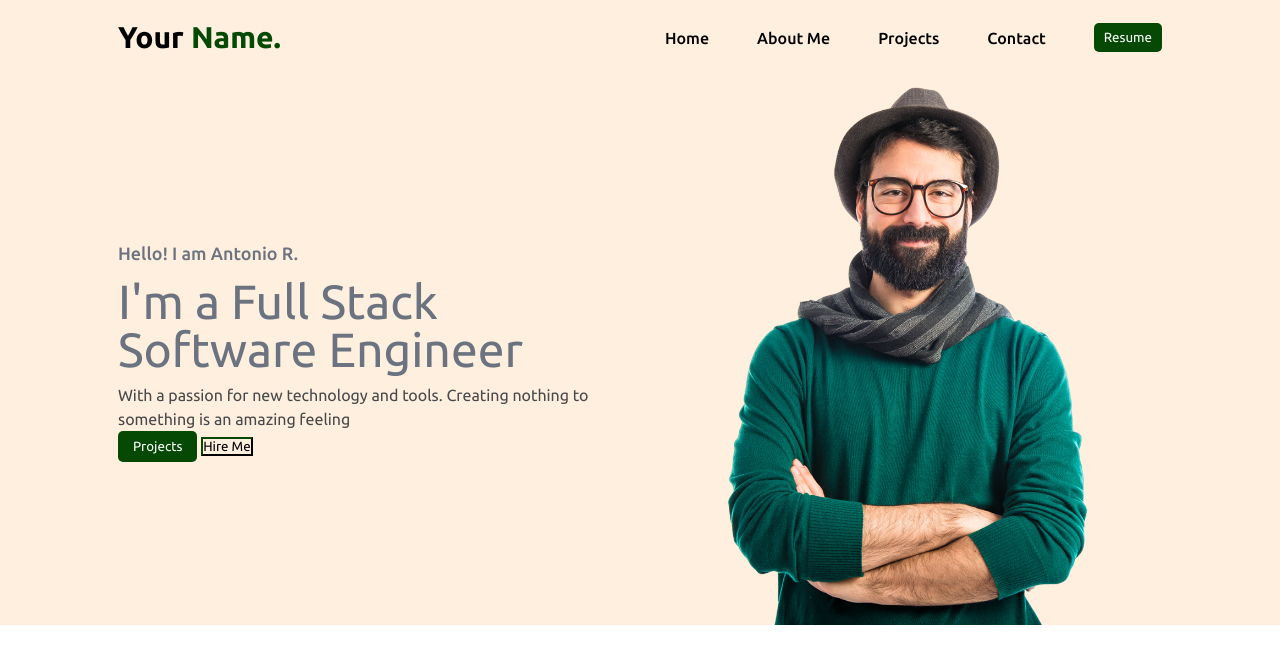
Repository: DevAntonioRogers/vanilla-portfolio
Page: index.html
The author's editor kept a copy of each file at every save. The page is drawn from the files as they stood at one save, then again after the next save.
The browser window is 1280 px wide. The pictures show the whole page.

Above is the page before, as saved 2023-07-14 22:21:08.

After the next save:
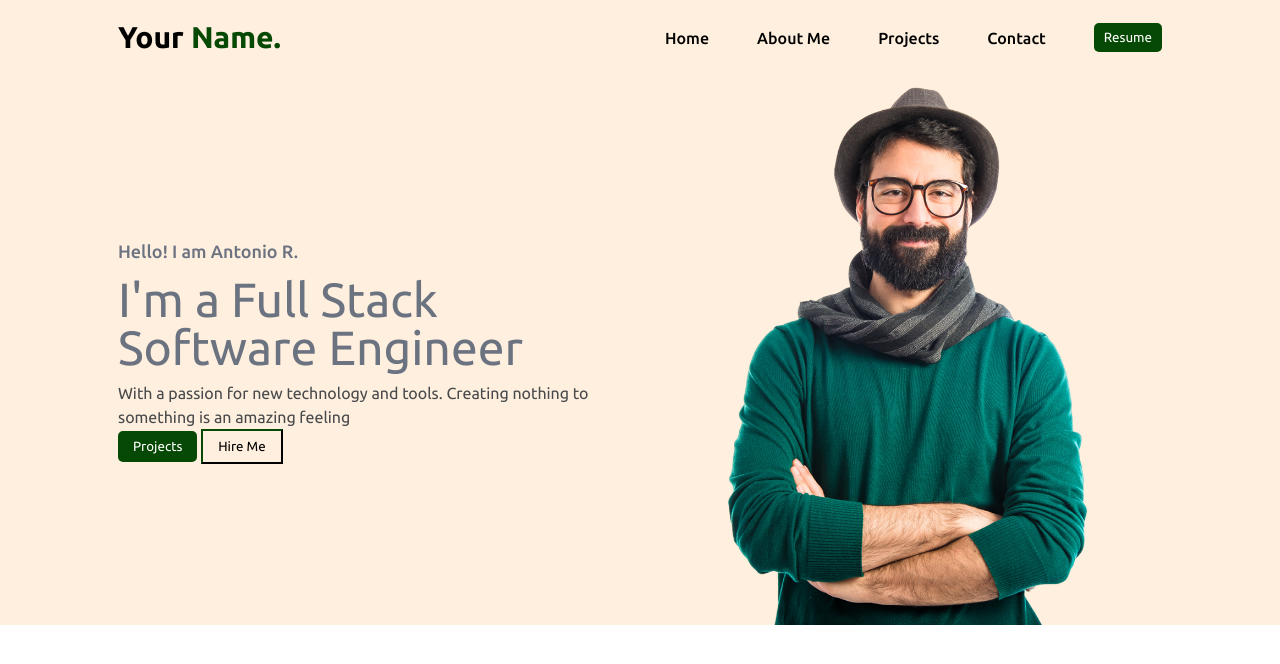
Saved 16 s later.
--- a/style.css
+++ b/style.css
@@ -115,6 +115,7 @@ nav {
 .hero-btn-container button:nth-child(2) {
   background-color: transparent;
   border-color: rgb(5, 73, 5);
+  padding: 8px 15px;
 }
 
 .hero-container img {
